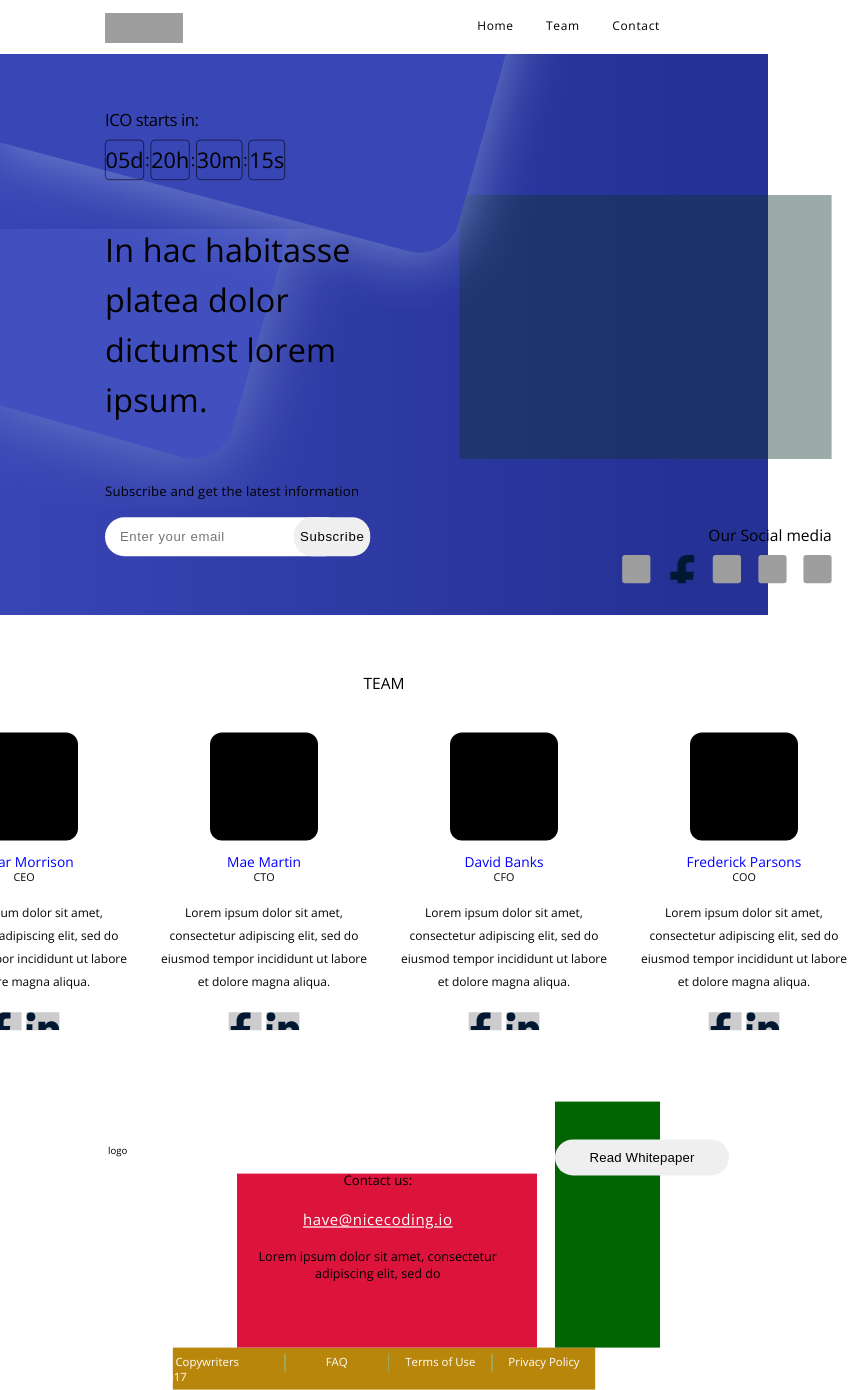
Repository: McGregorSt/newOne
Page: index.html
An editor plug-in stored every save of this project. The page is shown before and after the next save, followed by the edit.
The browser window is 1280 px wide. The page is 1440 px wide, so the pictures cover 1440 px, including what lies to the right of the window. The pictures show the whole page, at 60% of full size.
Pictures or frames that could not be fetched are drawn as grey boxes.

Above is the page before, as saved 2019-12-16 10:37:55.

### index.html
<!DOCTYPE html>
<html lang="en">
<head>
  <meta charset="UTF-8">
  <meta name="viewport" content="width=device-width, initial-scale=1.0">
  <meta http-equiv="X-UA-Compatible" content="ie=edge">
  <link rel="stylesheet" href="css/style.css">
  <link href="https://fonts.googleapis.com/css?family=Open+Sans:300,300i,400,400i,600,600i,700,700i,800,800i&display=swap" rel="stylesheet">
  <title>Ethworks</title>
</head>
<body>
  <!-- <div class="container"> -->
    <section class="header">
      <div class="header__logo"></div>
      <ul class="header__menu">
        <li class="header__menu__item">Home</li>
        <li class="header__menu__item">Team</li>
        <li class="header__menu__item">Contact</li>
      </ul>
    </section>
    <section class="main">
      <div class="wrapper">
        <div class="subs">
          <div class="subs__timer">
            <span class="subs__timer__header">ICO starts in:</span>
            <div class="subs__timer__global">
              <div class="subs__timer__item">05d</div>
              <div class="subs__timer__item">:</div>
              <div class="subs__timer__item">20h</div>
              <div class="subs__timer__item">:</div>
              <div class="subs__timer__item">30m</div>
              <div class="subs__timer__item">:</div>
              <div class="subs__timer__item">15s</div>
            </div>
          </div>
          <div class="subs__article">In hac habitasse platea dolor dictumst lorem ipsum.</div>
          <div class="subs__email">
            <span class="subs__email__header">Subscribe and get the latest information</span>
            <div class="subs__email__content">
              <input type="email" class="subs__email__input" placeholder="Enter your email">
              <button type="submit" class="subs__email__button">Subscribe</button>
            </div>
          </div>
        </div>

      <div class="media">
        <div class="media__media">
          <div class="media__player"></div>
          <div class="media__social">
            <span class="media__social__header">Our Social media</span>
            <div class="media__social__items">
              <div class="media__social__tt"></div>
              <div class="media__social__fb"></div>
              <div class="media__social__md"></div>
              <div class="media__social__gh"></div>
              <div class="media__social__mail"></div>
            </div>
          </div>
        </div>
    </div>
    </div>
    <div class="subs__subs"></div>
    </section>
    <section class="team">
      <div class="team__header">TEAM</div>
      <div class="team__cards">
        <div class="team__card">
          <div class="team__card__photo"></div>
          <div class="team__card__name">Edgar Morrison</div>
          <div class="team__card__title">CEO</div>
          <div class="team__card__description">Lorem ipsum dolor sit amet, consectetur adipiscing elit, sed do eiusmod tempor incididunt ut labore et dolore magna aliqua. </div>
          <div class="team__card__social">
            <div class="card__social__fb"></div>
            <div class="card__social__in"></div>
          </div>
        </div>
        <div class="team__card">
          <div class="team__card__photo"></div>
          <div class="team__card__name">Mae Martin</div>
          <div class="team__card__title">CTO</div>
          <div class="team__card__description">Lorem ipsum dolor sit amet, consectetur adipiscing elit, sed do eiusmod tempor incididunt ut labore et dolore magna aliqua. </div>
          <div class="team__card__social">
            <div class="card__social__fb"></div>
            <div class="card__social__in"></div>
          </div>
        </div>
        <div class="team__card">
          <div class="team__card__photo"></div>
          <div class="team__card__name">David Banks</div>
          <div class="team__card__title">CFO</div>
          <div class="team__card__description">Lorem ipsum dolor sit amet, consectetur adipiscing elit, sed do eiusmod tempor incididunt ut labore et dolore magna aliqua.</div>
          <div class="team__card__social">
            <div class="card__social__fb"></div>
            <div class="card__social__in"></div>
          </div>
        </div>
        <div class="team__card">
          <div class="team__card__photo"></div>
          <div class="team__card__name">Frederick Parsons</div>
          <div class="team__card__title">COO</div>
          <div class="team__card__description">Lorem ipsum dolor sit amet, consectetur adipiscing elit, sed do eiusmod tempor incididunt ut labore et dolore magna aliqua.</div>
          <div class="team__card__social">
            <div class="card__social__fb"></div>
            <div class="card__social__in"></div>
          </div>
        </div>
      </div>
    </section>
    <section class="footer">
      <div class="footer__main">
        <div class="footer__main__logo">logo</div>
        <div class="footer__main__contact">
          <span>Contact us:</span>
          <span><a href="mailto:#">have@nicecoding.io</a></span>
          <span>Lorem ipsum dolor sit amet, consectetur adipiscing elit, sed do</span>
        </div>
        <div class="footer__main__whitepaper">
          <button type="submit" class="header__whitepaper__button">Read Whitepaper</button>
        </div>
      </div>
      <div class="footer__menu">
        <div class="footer__menu__item">
          <span>&#9400 Copywriters 2017</span>
        </div>
        <div class="footer__menu__separator"></div>
        <div class="footer__menu__item">
          <a href="#">FAQ</a>
        </div>
        <div class="footer__menu__separator"></div>
        <div class="footer__menu__item">
          <a href="#">Terms of Use</a>
        </div>
        <div class="footer__menu__separator"></div>
        <div class="footer__menu__item">
          <a href="#">Privacy Policy</a>
        </div>
      </div>
    </section>
  </!-->
</body>
<script src="js/app.js">


</script>
</html>

### css/style.css
body {
  margin: 0;
  padding: 0;
  box-sizing: border-box;
  font-family: 'Open Sans', sans-serif;
  overflow-y: scroll;
}
/* section header */
.header {
  height: 95px;
  margin: auto;
  margin-top: -5px;
  display: flex;
  justify-content: space-between;
  align-items: center;
  padding: 0 180px;
}
.header__logo {
  width: 130px;
  height: 50px;
  background-image: url('../Assets/logo/dark.svg');
  background-size: cover;
  position: relative;
  left: -5px;
  top: 3px;
}
.header__menu {
  list-style: none;
  display: flex;
  letter-spacing: 1.1px;
  /* font-weight: 300; */
  /* justify-content: space-between; */
  font-size: 20px;
}
.header__menu__item {
  padding: 0 0 0 54px;
}

/* .wrapper {
  position: relative;
  z-index: 100;
} */
/* section main */
.main {
  height: 935px;

}
.main {
  /* background: rgb(56,69,181); */
  background: linear-gradient(90deg, rgba(56,69,181,1) 0%, rgba(37,49,149,1) 88%);
  /* background-image: url('../Assets/BG/Shape1@1x.svg');
  background-repeat: no-repeat;
  background-size: 75%;
  background-position-y: -95px;
  background-position-x: -10px;
  position: relative;
  z-index: 2; */
}
.wrapper {
  display: flex;
  position: relative;

}

.wrapper:after {
  content: "";
  width: 100%;
  height: 100%;
  background-image: url('../Assets/BG/Shape1@1x.svg');
  background-repeat: no-repeat;
  background-size: 75%;
  background-position-y: -95px;
  background-position-x: -10px;
  position: absolute;
  z-index: 10;
  /* filter: url('../Assets/BG/Shape1@1x.svg#filter-2')  */
}

.subs {

  width: 50%;
  font-size: 28px;
  display: flex;
  flex-direction: column;
  padding: 90px 0 60px 175px;
  position: relative;
  z-index: 99;
}
.subs__subs {
  /* width: 50%; */
  height: 800px;
  background-image: url('../Assets/BG/Shape2@1x.svg');
  background-size: 47%;
  top: -730px;
  left: -200px;
  background-position-y: -260px;
  background-position-x: 170px;
  background-repeat: no-repeat;
  position: relative;
  z-index: 1;
  /* filter: url('../Assets/BG/Shape2@1x.svg#filter-2') */
}
.subs__timer {
  /* background-color: thistle; */
  position: relative;
  z-index: 1;
}
.subs__timer__header {
  letter-spacing: -0.8px;
}
.subs__timer__global {
  width: 56.4%;
  display: flex;
  justify-content: space-between;
  padding: 15px 0 40px 0 ;
}
.subs__timer__item {
  width: 88px;
  height: 65px;
  display: flex;
  justify-content: center;
  align-items: center;
}
.subs__timer__item:nth-child(2n+2) {

}
.subs__timer__item:nth-child(2n+1) {
  width: 40%;
  border: 1px solid #000;
  font-size: 36px;
  border-radius: 7px;
}
.subs__article {
  font-size: 54px;
  letter-spacing: 0.2px;
  line-height: 83px;
  padding: 35px 0;
  /* background-color: wheat; */

}
.subs__email {
  /* background-color: yellow; */
  display: flex;
  flex-direction: column;
  font-size: 22px;
  letter-spacing: 0.3px;
  padding: 60px 0;
}
.subs__email__content {
  /* background-color: yellowgreen; */
  height: 100px;
  padding: 30px 0;
}
.subs__email__input {
  height: 63%;
  width: 70%;
  border-radius: 40px;
  font-size: 22px;
  padding-left: 25px;
  letter-spacing: 0.9px;
  outline: none;
  border: 0;
}
.subs__email__input::placeholder {
  /* padding-left: 25px; */
}
.subs__email__button {
  height: 65%;
  width: 24%;
  margin-left: -90px;
  font-size: 22px;
  letter-spacing: 1.05px;
  border: 0;
  border-radius: 30px;
}

.media {
  /* height: 80%; */
  width: 50%;
  /* background-color: tomato; */
}
.media__media {
  height: 100%;
  /* display: flex;
  flex-direction: column; */
  /* justify-content: space-around; */
  padding: 235px 0 0 60px;
}
.media__player {
  width: 620px;
  height: 440px;
  background-color: rgba(15, 51, 47, 0.411);
}
.media__social {
  width: 620px;
  height: 23%;
  display: flex;
  flex-direction: column;
  align-items: flex-end;
  justify-content: center;
  /* background-color: orangered; */
}
.media__social__header {
  font-size: 26px;
  padding: 80px 0 16px 0;

}
.media__social__items {
  width: 56.3%;
  display: flex;
  justify-content: space-between;
}
div.media__social__items > div {
  width: 47px;
  height: 47px;
  /* background-color: olivedrab; */
  border-radius: 5px;
}
.media__social__tt {
  background-image: url('../Assets/Social icons/Twitter@1x.svg');
  background-size: cover;
}
.media__social__fb {
  background-image: url('../Assets/Social icons/Facebook@1x.svg');
  background-size: cover;
}
.media__social__md {
  background-image: url('../Assets/Social icons/Medium@1x.svg');
  background-size: cover;
}
.media__social__gh {
  background-image: url('../Assets/Social icons/Github@1x.svg');
  background-size: cover;
}
.media__social__mail {
  background-image: url('../Assets/Social icons/Telegram@1x.svg');
  background-size: cover;
}


/*
section team
*/

.team {
  display: flex;
  flex-direction: column;
  align-items: center;
  padding: 95px 0 50px 0;
}
.team__header {
  font-size: 26px;
}
.team__cards {
  display: flex;
  justify-content: space-between;
  padding: 60px 0;
}
.team__card {
  height: 500px;
  width: 360px;
  display: flex;
  flex-direction: column;
  justify-content: space-between;
  align-items: center;
  margin: 0 10px;
  /* background-color: palegreen; */
  padding: 5px 10px
}
.team__card__photo {
  width: 180px;
  height: 180px;
  border-radius: 20px;
  background-color: black;

}
.team__card__name {
  font-size: 23px;
  color: blue;
  /* position: relative;
  top: -10px; */
}
.team__card__title {
  font-size: 18px;
  position: relative;
  top: -20px;
}
.team__card__description {
  font-size: 20px;
  text-align: center;
  line-height: 38px;
  position: relative;
  top: -10px;
  padding: 0 5px;
}
.team__card__social {
  display: flex;
  justify-content: center;
  align-content: center;
}
.team__card__social > * {
  width: 55px;
  height: 30px;
  background-color: #ccc;
  margin: 4px;
}
.card__social__fb {
  background-image: url('../Assets//Profil/Facebook@1x.svg');
  background-size: 70%;

  background-repeat: no-repeat;
}
.card__social__in {
  background-image: url('../Assets//Profil/linkedin@1x.svg');
  background-size: cover;

}




/*
section footer
*/
/*
.footer {
  display: flex;
  flex-direction: column;
  align-items: center;
} */
.footer__main {
  height: 410px;
  display: flex;
  justify-content: space-between;
  padding: 0 180px;
}

/* .footer__header {
  height: 123px;
  width: 100%;
  background-color: cornflowerblue;
  display: flex;
  justify-content: space-between;
  align-items: center;
} */
.footer__main__logo {
  width: 20%;
  margin-top: 70px;

}
.footer__main__contact {
  width: 500px;
  height: 290px;
  background-color: crimson;
  align-self: flex-end;
  display: flex;
  flex-direction: column;
  align-items: center;
}
.footer__main__whitepaper {
  width: 19%;
  background-color: darkgreen;
  padding-top: 33px;
}
.footer__menu {
  height: 60px;
  background-color: darkgoldenrod;
  width:55%;
  margin: auto;
  font-size: 19px;
  display: flex;
  justify-content: space-between;
  padding-top: 10px;
}
.header__whitepaper__button {
  height: 60px;
  width: 290px;
  font-size: 22px;
  letter-spacing: 0.25px;
  border: 0;
  border-radius: 30px;
  position: relative;
  top: 30px;
}
.footer__main__contact > span {
  margin-bottom: 40px;
  font-size: 22px;
  text-align: center;
  position: relative;
  top: -5px;
  left: -15px;
}
.footer__main__contact > span > a {
  font-size: 25px;
  color: #fff;
  letter-spacing: 1px;
  position: relative;
  top: -6px;
}
.footer__main__contact > span:last-child {
  font-size: 21px;
  top: -20px;
}
.footer__menu {

}
.footer__menu__item {
  width: 25%;
  display: flex;
  justify-content: center;
  color: #fff;
}
.footer__menu__item > a {
  text-decoration: none;
  color: #fff;
}
.footer__menu__item:first-child {
  padding-right: 35px;
  margin-left: -20px;

}
.footer__menu__separator {
  width: 2px;
  height: 30px;
  background-color: darkseagreen;
}

### js/app.js
let chi = document.querySelectorAll('.subs__timer__global:nth-child(2n+1)')
console.log(chi)

### Assets/BG/Shape1@1x.svg
<?xml version="1.0" encoding="UTF-8"?>
<svg width="1072px" height="582px" viewBox="0 0 1072 582" version="1.1" xmlns="http://www.w3.org/2000/svg" xmlns:xlink="http://www.w3.org/1999/xlink">
    <!-- Generator: Sketch 47.1 (45422) - http://www.bohemiancoding.com/sketch -->
    <title>BG/Shape1@1x</title>
    <desc>Created with Sketch.</desc>
    <defs>
        <path d="M982.285156,102 L982.285156,370.03125 L210.193802,575.356423 L210.193802,575.356423 C169.990097,586.047947 128.661819,562.429109 117.465781,522.362973 L-9.09494702e-13,102 L982.285156,102 Z" id="path-1"></path>
        <filter x="-16.7%" y="-32.3%" width="133.5%" height="169.1%" filterUnits="objectBoundingBox" id="filter-2">
            <feOffset dx="0" dy="11" in="SourceAlpha" result="shadowOffsetOuter1"></feOffset>
            <feGaussianBlur stdDeviation="53" in="shadowOffsetOuter1" result="shadowBlurOuter1"></feGaussianBlur>
            <feColorMatrix values="0 0 0 0 0.164705882   0 0 0 0 0.219607843   0 0 0 0 0.615686275  0 0 0 1 0" type="matrix" in="shadowBlurOuter1"></feColorMatrix>
        </filter>
    </defs>
    <g id="Page-1" stroke="none" stroke-width="1" fill="none" fill-rule="evenodd">
        <g id="FRONTENT-ZADANIE2">
            <g id="//BG" transform="translate(0.000000, -102.000000)">
                <g id="header-bg">
                    <g id="Rectangle">
                        <g id="BG/Shape1" transform="translate(491.142578, 339.963586) scale(-1, 1) translate(-491.142578, -339.963586) ">
                            <use fill="black" fill-opacity="1" filter="url(#filter-2)" xlink:href="#path-1"></use>
                            <use fill="#3947B6" fill-rule="evenodd" xlink:href="#path-1"></use>
                        </g>
                    </g>
                </g>
            </g>
        </g>
    </g>
</svg>

After the next save:
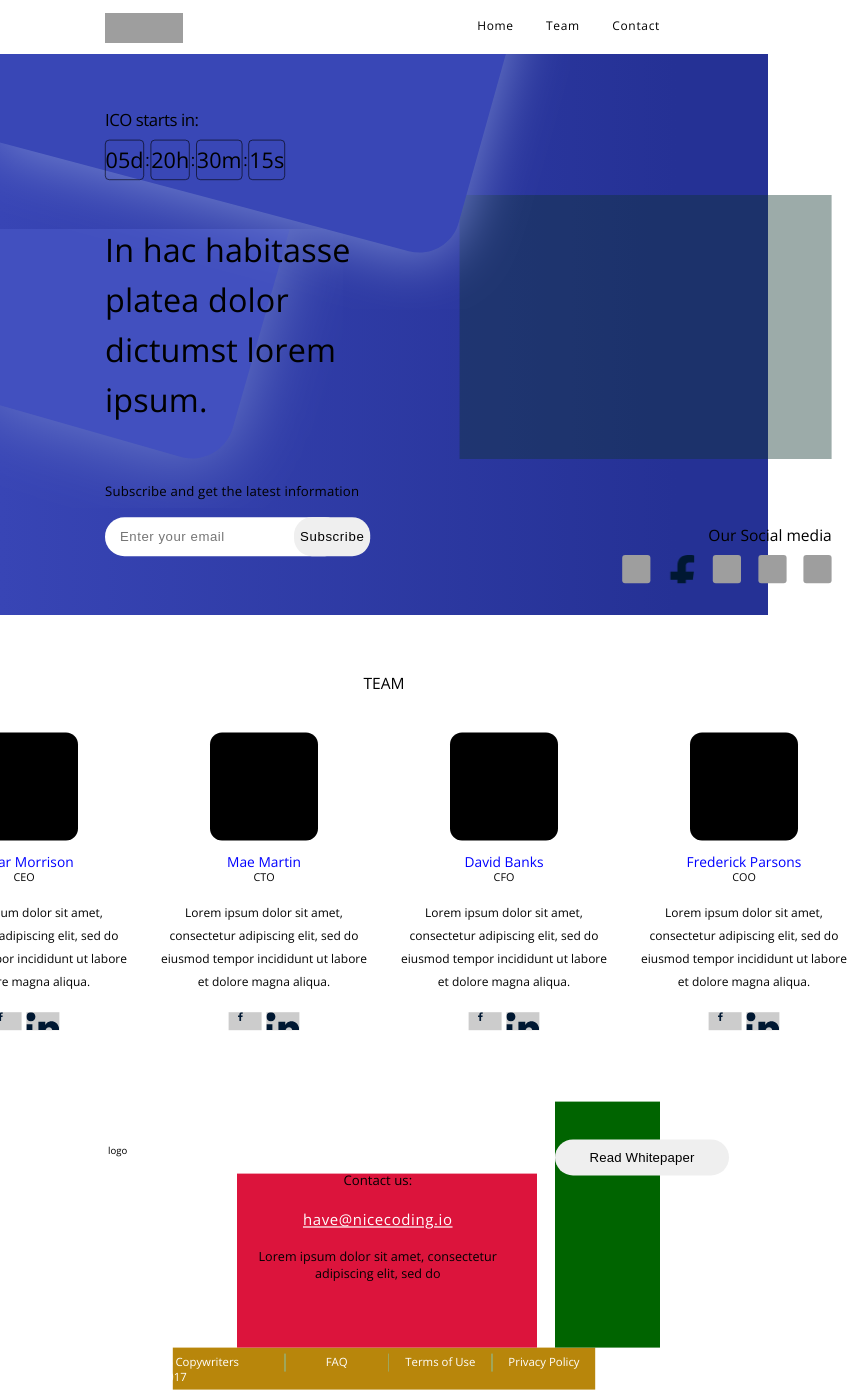
Saved 7 s later.
--- a/css/style.css
+++ b/css/style.css
@@ -306,7 +306,7 @@ section team
 }
 .card__social__fb {
   background-image: url('../Assets//Profil/Facebook@1x.svg');
-  background-size: 70%;
+  background-size: 70% 50%;
 
   background-repeat: no-repeat;
 }
